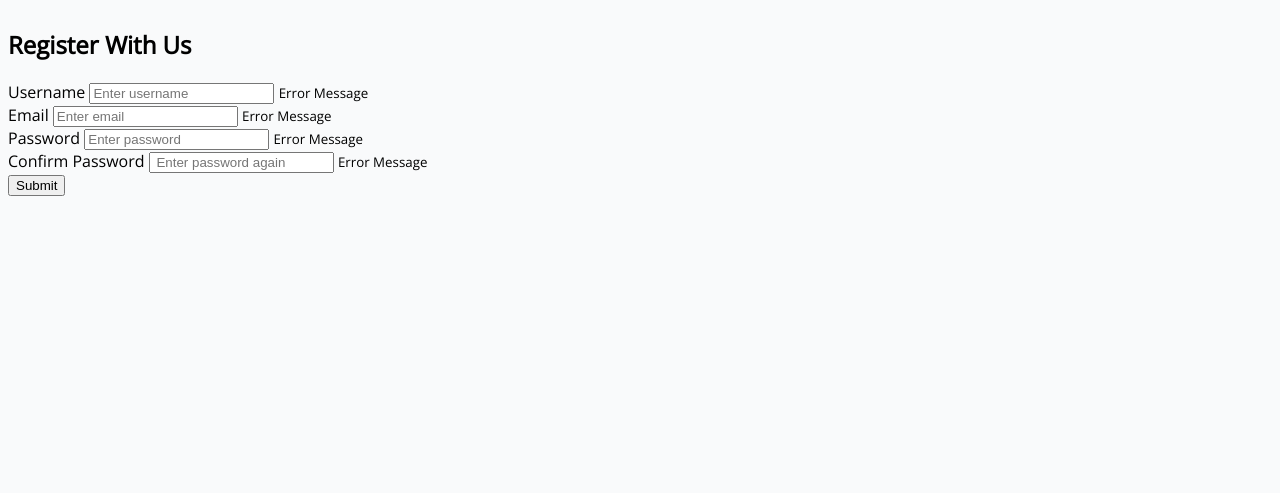
Repository: Youvelop/formValidator
Page: index.html
These files come from the project's save history. The page is drawn as it stood at one moment and after the next save; the edit follows.
The browser window is 1280 px wide. The pictures show the whole page.

Above is the page before, as saved 2020-06-25 18:47:16.

After the next save:
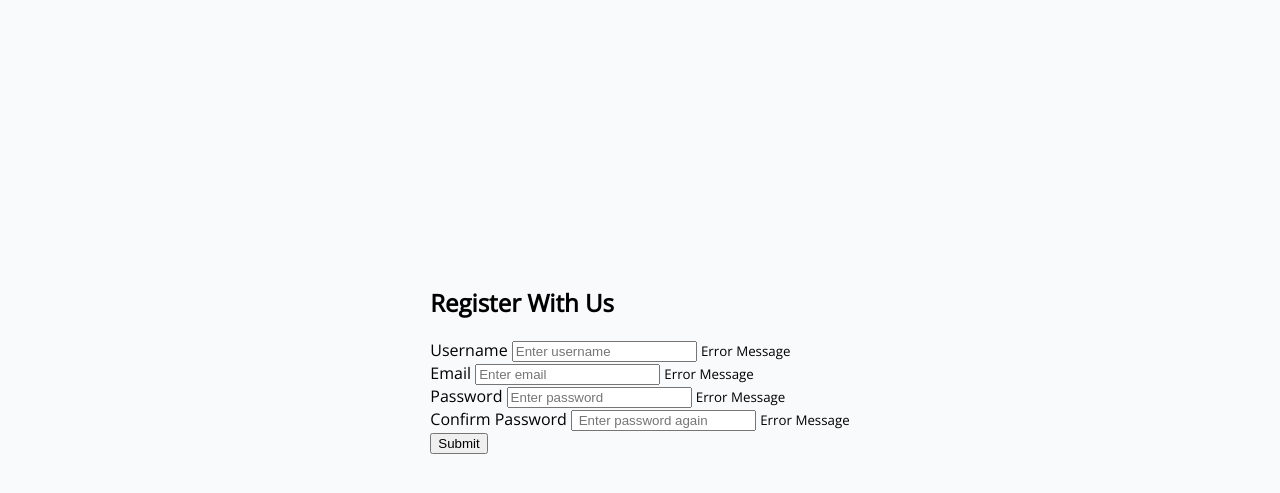
Saved 58 s later.
--- a/style.css
+++ b/style.css
@@ -8,4 +8,8 @@ body {
   background-color: #f9fafb;
   font-family: 'Open Sans', sans-serif;
   display: flex;
+  align-items: center;
+  justify-content: center;
+  min-height: 100vh;
+  margin: 0;
 }
